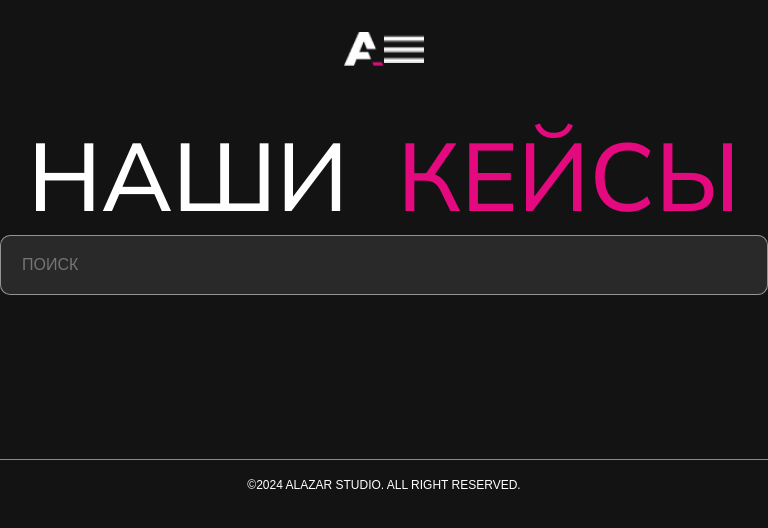
Repository: AlazarStudio/alazar_studio
Page: /cases
The author's editor kept a copy of each file at every save. The page is drawn from the files as they stood at one save, then again after a run of saves.
The browser window is 768 px wide. The pictures show the whole page.
The page's requests for data from a server got no answer. The project was rebuilt for these pictures with package versions that can differ from the ones it lists, and the page was loaded fresh each time. No one was signed in, and anything a server would have sent is missing. Also part of the build but not shown: vite.config.js, src/Components/Pages/Non_Found_Page.jsx, src/Components/Standart/CenterBlock/CenterBlock.module.css, src/Components/Standart/CenterBlock/CenterBlock.jsx, src/Components/Standart/WidthBlock/WidthBlock.module.css, src/Components/Standart/WidthBlock/WidthBlock.jsx, src/Components/Pages/HomePage/HomePage.module.css, src/Components/Pages/HomePage/HomePage.jsx and 13 more.

Above is the page before, as saved 2025-05-06 16:17:53.

After the next 2 saves:
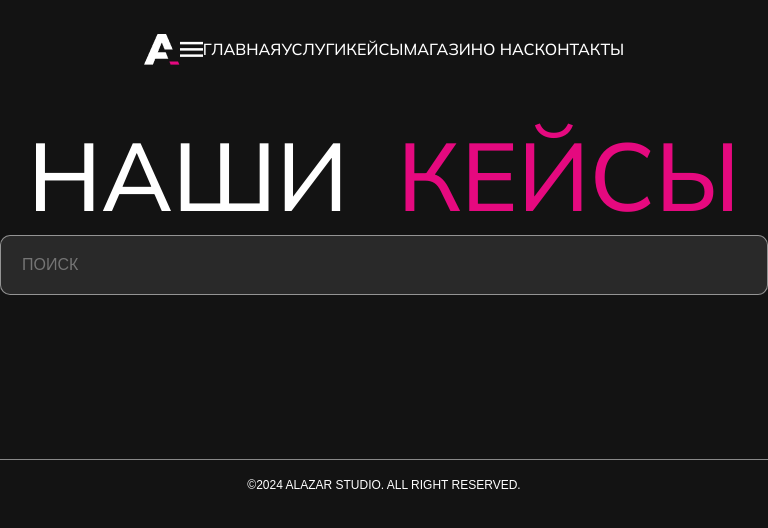
The 2 saves are shown as one change because they came seconds apart.
The last was saved 7 s later.
--- a/src/Components/Blocks/Header/Header.module.css
+++ b/src/Components/Blocks/Header/Header.module.css
@@ -87,21 +87,27 @@ li a {
     width: 100%;
     z-index: 1000;
     transition: background 0.3s ease-in-out;
+
   }
 
   .containerNav {
+    display: none;
+  }
+
+  .containerNavMobile {
     display: flex;
     width: 100%;
     align-items: center;
-    justify-content: center;
+    justify-content: center; /* Логотип слева, меню справа */
+    /* outline: 1px solid red; */
     height: 98px;
-    background: transparent;
+    background: transparent; /* Начально прозрачный */
     transition: background 0.3s ease-in-out;
     padding: 0;
   }
 
   .scrolled {
-    background: #131313;
+    background: #131313; /* Черный фон при скролле */
   }
 
   .logo {
@@ -117,6 +123,7 @@ li a {
     list-style: none;
     padding: 0;
     margin: 0;
+    /* gap: 20px; */
   }
 
   li a {
@@ -128,60 +135,5 @@ li a {
     font-family: 'Mulish', sans-serif;
   }
 
-    .containerNav {
-      display: none;
-    }
 
-    .containerNavMobile {
-      display: flex;
-      justify-content: space-between;
-      align-items: center;
-      height: 98px;
-      background: transparent;
-      transition: background 0.3s ease-in-out;
-      padding: 0;
-    }
-
-    .logoMobile {
-      width: 40px;
-    }
-
-    /* Иконка меню для мобильных */
-    .menuIcon {
-      width: 40px;
-      cursor: pointer;
-    }
-
-    /* Стили для меню */
-    .menu {
-      position: fixed;
-      top: 0;
-      right: -250px;
-      width: 250px;
-      height: 100%;
-      background-color: #333;
-      color: #fff;
-      transition: right 0.3s ease;
-    }
-
-    /* Меню открывается */
-    .menu.open {
-      right: 0;
-    }
-
-    .menu ul {
-      list-style-type: none;
-      padding: 20px;
-      margin: 0;
-    }
-
-    .menu li {
-      margin: 20px 0;
-    }
-
-    .menu a {
-      color: #fff;
-      text-decoration: none;
-      font-size: 18px;
-    }
-  }
+}
